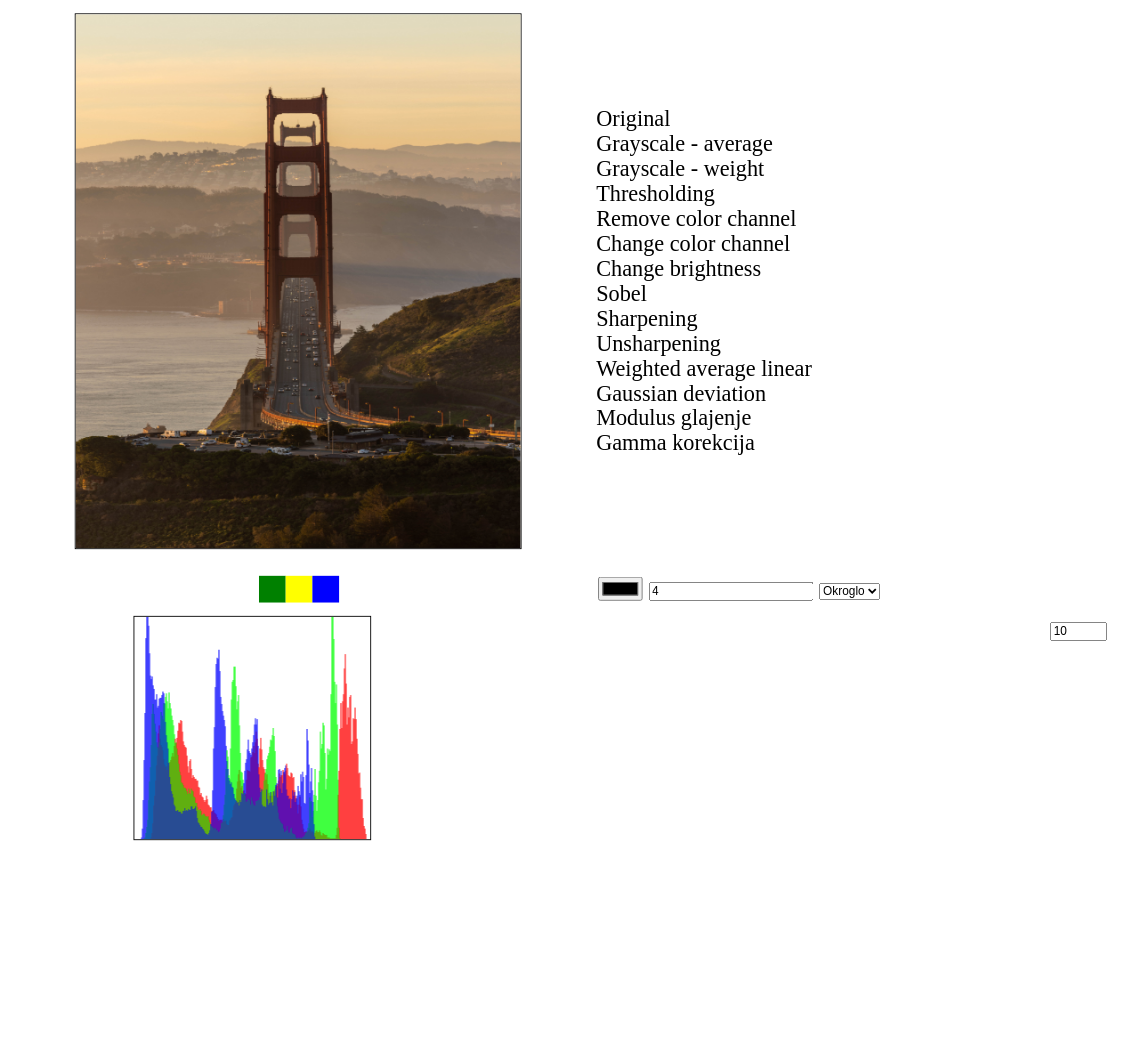
Repository: fussionko/web_photoshop
Page: index.html
These files come from the project's save history. The page is drawn as it stood at one moment and after the next save; the edit follows.
The browser window is 1280 px wide. The pictures show the whole page, at 89% of full size.

Above is the page before, as saved 2022-04-28 13:22:46.

### index.html
<!doctype html>
<html lang="en">
    <head>
        <meta charset="utf-8">
        <meta name="viewport" content="width=device-width, initial-scale=1">

        <title>Slike</title>
        <link rel="stylesheet" href="style.css">
    </head>
    <body>
        <div id="container-main">
            <canvas id="main_canvas"></canvas>
            <div id="container-buttons"></div>
            <div id="container-controls"></div>
        </div>
        <div id="container-assist">
            <div id="container-history"><div id="history-back"></div><div id="history-fow"></div><div id="history-reset"></div></div>
            <div id="container-color">
                <input type="color" id="color" value="#000000">
                <input type="number" id="brush-size" step="1" value="4">
                <select id="cap-type">
                    <option value="butt">Butt</option>
                    <option value="round" selected>Okroglo</option>
                    <option value="square">Kvadrat</option>
                </select>
            </div>
        </div>
        <div id="container-histogram">
            <canvas id="main-graph"></canvas>
            <div id="container-graph-data">
                <input type="number" id="basket-num" step="1" max="255" min="1" value="10">
            </div>
        </div>
        <script src="filters.js"></script>
        <script src="draw.js"></script>
        <script src="history.js"></script>
        <script src="graph.js"></script>
        <script src="main.js"></script>
    </body>
</html>

### style.css
html {
    margin: 0;
    width: 100%;
    height: 100%;

    background-color: white !important;
}
body {
    margin: 0;

    display: grid;
    align-items: center;

    font-size: 25px;
    background-color: white !important;
    width: 100%;
    height: 100%;

}

#container-main, #container-assist, #container-historgram {
    margin: 15px 0;
}

#container-main {
    width: 100%;
    display: grid;
    grid-template-columns: auto auto 200px;
    align-items: center;
    justify-content: space-evenly;

}
canvas {

    border: 1px solid black;
}

.button-function {
    border: 1px solid black;
    padding: 5px;
    margin: 5px;;
}

#container-assist {
    display: grid;
    grid-template-columns: auto auto ;
    justify-content: space-evenly;
}

#container-history {
    display: flex;

}

#history-back, #history-fow, #history-reset {
    width: 30px;
    height: 30px;
}

#history-fow {
    background-color: yellow;
}

#history-back {
    background-color: green;
}

#history-reset {
    background-color: blue;
}

#container-histogram {
    display: grid;
    grid-template-columns: 1fr 100px;
    margin-left: 150px;
    margin-bottom: 100px;
    height: 500px;
}

### draw.js
function loadDraw()
{
    document.addEventListener('mousemove', draw);
    document.addEventListener('mousedown', function(e){
        setPosition(e);
        draw(e);
    });
    document.addEventListener('mouseenter', setPosition);
    document.addEventListener('mouseup', function(e){
        if(e.clientX > canvas_x_position + canvas_width || e.clientX < canvas_x_position) return;
        if(e.clientY > canvas_y_position + canvas_height || e.clientY < canvas_y_position) return;
        loadImage(getPixelData());
    });

    document.getElementById("color").addEventListener("change", function(){
        draw_color = this.value;
        console.log(draw_color);
    });

    document.getElementById("brush-size").addEventListener("change", function(){
        brush_size = parseInt(this.value);
        console.log(brush_size);
    });

    document.getElementById("cap-type").addEventListener("change", function(){
        cap_type = this.value;
        console.log(cap_type);
    });
}

let pos = {x:0, y:0}

function setPosition(e)
{
    pos.x = e.clientX - canvas_x_position;
    pos.y = e.clientY - canvas_y_position;
}

let draw_color = "#000000";
let brush_size = 4;
let cap_type = "round";
function draw(e)
{
    if (e.buttons !== 1) return;

    main_ctx.beginPath(); // begin

    main_ctx.lineWidth = brush_size;
    main_ctx.lineCap = cap_type;
    main_ctx.strokeStyle = draw_color;

    main_ctx.moveTo(pos.x, pos.y); // from
    setPosition(e);
    main_ctx.lineTo(pos.x, pos.y); // to

    main_ctx.stroke(); // draw it!


}

function delete_draw(e)
{
    if (e.buttons !== 1) return;

    main_ctx.beginPath(); // begin

    main_ctx.lineWidth = brush_size;
    main_ctx.lineCap = 'round';
    main_ctx.strokeStyle = draw_color;

    main_ctx.moveTo(pos.x, pos.y); // from
    setPosition(e);
    main_ctx.lineTo(pos.x, pos.y); // to

    main_ctx.stroke(); // draw it!
}

### history.js
function loadHistory()
{
    document.getElementById("history-back").addEventListener("click", function(){
        if(moveBackwardHistory() == -1) return;
        loadImageHistory();
    })

    document.getElementById("history-fow").addEventListener("click", function(){
        if(moveFowardHistory() == -1) return;
        loadImageHistory();
    })

    document.getElementById("history-reset").addEventListener("click", function(){
        let draw_image = new ImageData(canvas_width, canvas_height);
        draw_image.data.set(original_img_data);
        history = [draw_image.data];
        currentHistoryIndex = 1;
        current_filter_data["filter"] = "original";
        current_filter_data["index"] = 1;
        current_filter_data["data"] = draw_image.data;
        loadImageHistory();
    })
}

let history = [];
let currentHistoryIndex = 0;
function addToHistory(img_data)
{
    if(checkSame(img_data, history[history.length-1]) == 1) return;
    if(currentHistoryIndex != history.length)
        removeHistoryToIndex();

    history.push(img_data);
    currentHistoryIndex++;
}

function removeHistoryToIndex()
{
    history.splice(currentHistoryIndex, history.length-currentHistoryIndex)
}

function moveFowardHistory()
{
    if(currentHistoryIndex+1 > history.length) return -1;
    currentHistoryIndex++;
    return 1;
}

function moveBackwardHistory()
{
    if(currentHistoryIndex-1 <= 0) return -1;
    currentHistoryIndex--;
    return 1;
}

function getCurrentHistory()
{
    return history[currentHistoryIndex];
}

### graph.js

const graph_width = 265;
const graph_height = 250;

let main_graph;
let graph_ctx;

let normalization_value = 20;
let graph_offset = 5;


function initGraph()
{

    main_graph = document.getElementById("main-graph");
    graph_ctx = main_graph.getContext('2d');
    main_graph.width = graph_width;
    main_graph.height = graph_height;

    document.getElementById("basket-num").addEventListener("change", function(){
        basket_num = parseInt(this.value);
    });

    create_graph()
}

let basket_num = 10;
let basket_size = Math.round(255/basket_num);
const graph_template = {
    "r":{},
    "g":{},
    "b":{}
}
let graph = JSON.parse(JSON.stringify(graph_template));

function create_graph()
{
    // graph = JSON.parse(JSON.stringify(graph_template));
    // for(let i = 1; i <= basket_num; i++)
    // {
    //     graph["r"][basket_size*i] = 0;
    //     graph["g"][basket_size*i] = 0;
    //     graph["b"][basket_size*i] = 0;
    // }
    graph = JSON.parse(JSON.stringify(graph_template));
    for(let i = 0; i <= 255; i++)
    {
        graph["r"][i] = 0;
        graph["g"][i] = 0;
        graph["b"][i] = 0;
    }
}

function count_Pixel(img_data)
{
    let ranges = Object.keys(graph["r"]);
    console.log(ranges);
    // for(let i = 0; i < img_data.length; i+=4)
    // {
    //     for(const key in ranges)
    //         if(img_data[i] < parseInt(ranges[key]))
    //         {
    //             graph["r"][ranges[key]]++;
    //             break;
    //         }
    //     for(const key in ranges)
    //         if(img_data[i+1] < parseInt(ranges[key]))
    //         {
    //             graph["g"][ranges[key]]++;
    //             break;
    //         }
    //     for(const key in ranges)
    //         if(img_data[i+2] < parseInt(ranges[key]))
    //         {
    //             graph["b"][ranges[key]]++;
    //             break;
    //         }
    // }
    console.log(graph);
    for(let i = 0; i < img_data.length; i+=4)
    {

        graph["r"][ranges[img_data[i]]]++;
        graph["g"][ranges[img_data[i+1]]]++;
        graph["b"][ranges[img_data[i+2]]]++;
    }


    normalizeGraph();
    console.log(graph);
    draw_graph();
}

function normalizeGraph()
{
    console.log(normalization_value);
    for(const c in graph)
        for(const range in graph[c])
            graph[c][range] = Math.round(graph[c][range]/normalization_value);
}

function draw_graph()
{
    graph_ctx.lineWidth = 1;
    for(let range in graph["r"])
    {
        range = parseInt(range);

        graph_ctx.beginPath();
        graph_ctx.moveTo(graph_offset+range, graph_height);
        graph_ctx.strokeStyle = "#FF0000";
        graph_ctx.lineTo(graph_offset+range, graph_height-graph["r"][range]);
        graph_ctx.stroke();
        graph_ctx.closePath();

        graph_ctx.beginPath();
        graph_ctx.moveTo(graph_offset+range, graph_height);
        graph_ctx.strokeStyle = "#00FF00";
        graph_ctx.lineTo(graph_offset+range, graph_height-graph["g"][range]);
        graph_ctx.stroke();
        graph_ctx.closePath();

        graph_ctx.beginPath();
        graph_ctx.moveTo(graph_offset+range, graph_height);
        graph_ctx.strokeStyle = "#0000FF";
        graph_ctx.lineTo(graph_offset+range, graph_height-graph["b"][range]);
        graph_ctx.stroke();
        graph_ctx.closePath();
    }


}

Loaded but not shown: main.js (433 lines, source omitted); filters.js (443 lines, source omitted)

After the next save:
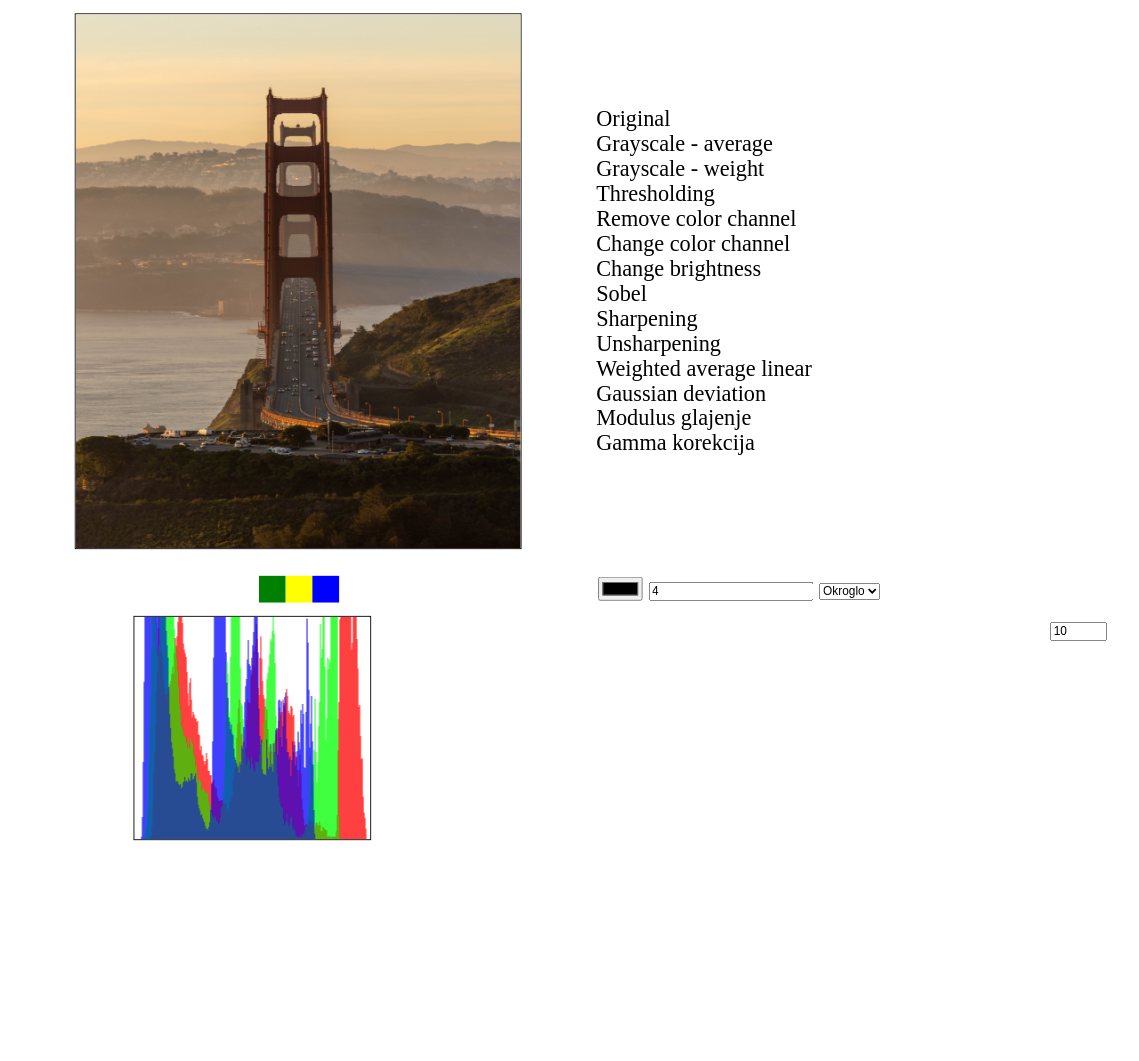
Saved 8 s later.
--- a/graph.js
+++ b/graph.js
@@ -5,7 +5,7 @@ const graph_height = 250;
 let main_graph;
 let graph_ctx;
 
-let normalization_value = 20;
+let normalization_value = 10;
 let graph_offset = 5;
 
 
